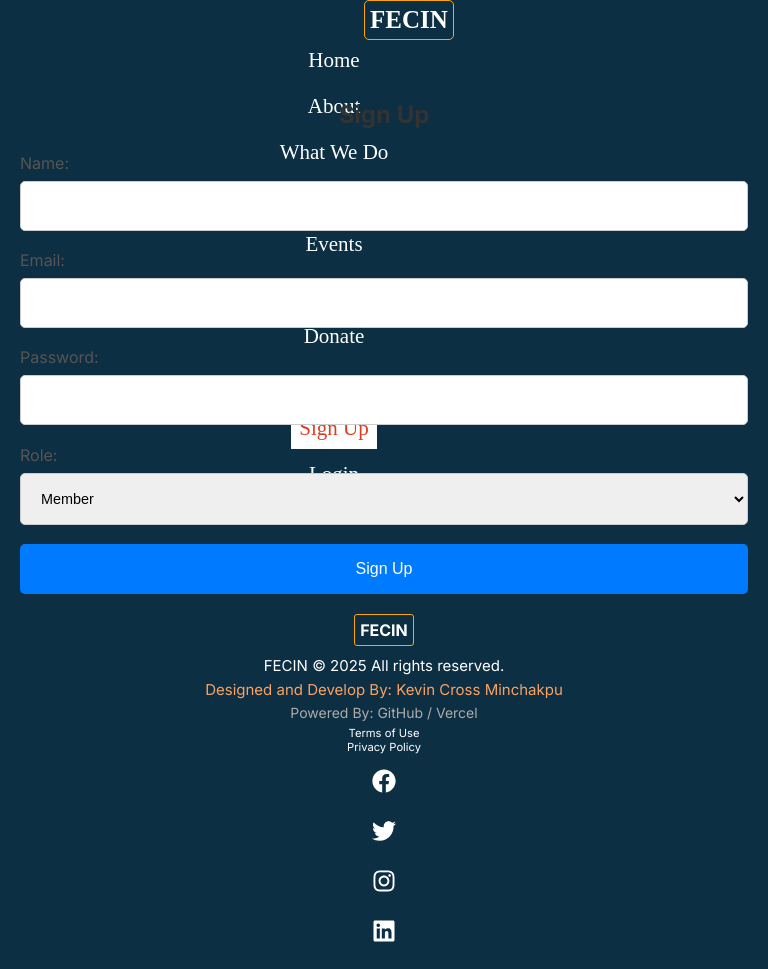
Repository: KCMinchakpu/fecin-projectgs497
Page: /signup
These files come from the project's save history. The page is drawn as it stood at one moment and after the next save; the edit follows.
The browser window is 768 px wide. The pictures show the whole page.
The page's requests for data from a server got no answer. The project was rebuilt for these pictures with package versions that can differ from the ones it lists, and the page was loaded fresh each time. The framework's server and built-in components were replaced by stand-ins that run in the browser. No one was signed in, and anything a server would have sent is missing. Also part of the build but not shown: next.config.mjs.

Above is the page before, as saved 2025-04-12 17:42:55.

After the next save:
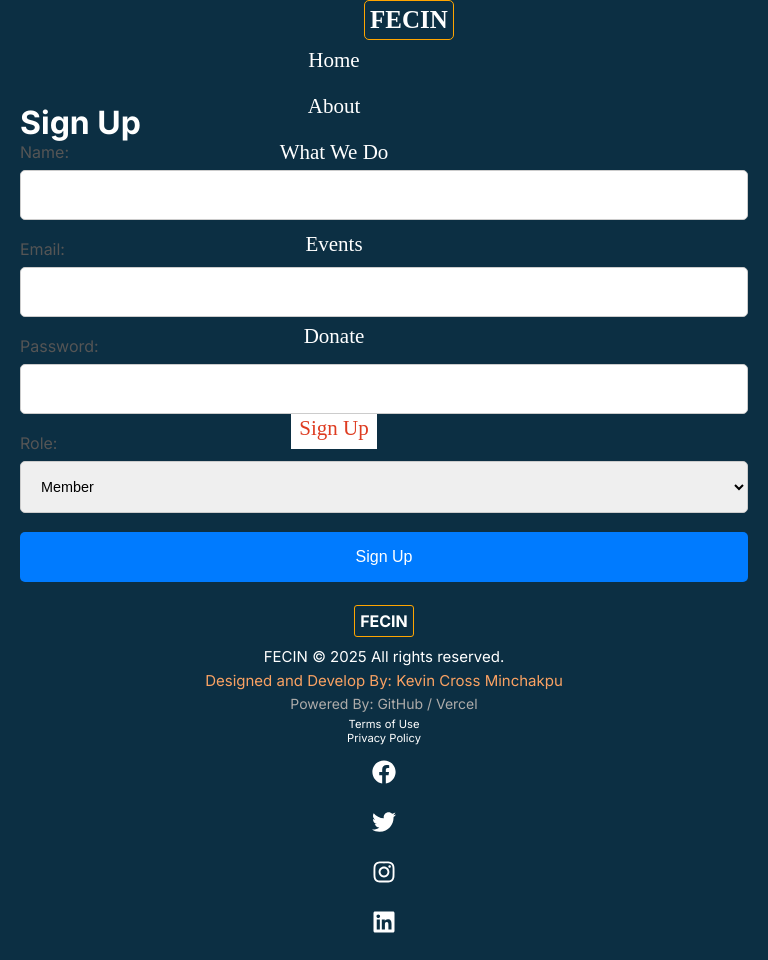
Saved 45 s later.
--- a/src/app/signup/signup.module.css
+++ b/src/app/signup/signup.module.css
@@ -1,4 +1,4 @@
-
+/* General styles for the signup page */
 .signup-container {
     width: 100%;
     max-width: 500px;
@@ -9,7 +9,7 @@
     border-radius: 8px;
   }
 
-  h1 {
+  .signup-container h1 { /* Scoped h1 styling */
     text-align: center;
     font-size: 2rem;
     margin-bottom: 1.5rem;
@@ -73,7 +73,7 @@
       padding: 1rem;
     }
 
-    h1 {
+    .signup-container h1 { /* Scoped h1 styling for mobile */
       font-size: 1.5rem;
     }
 
